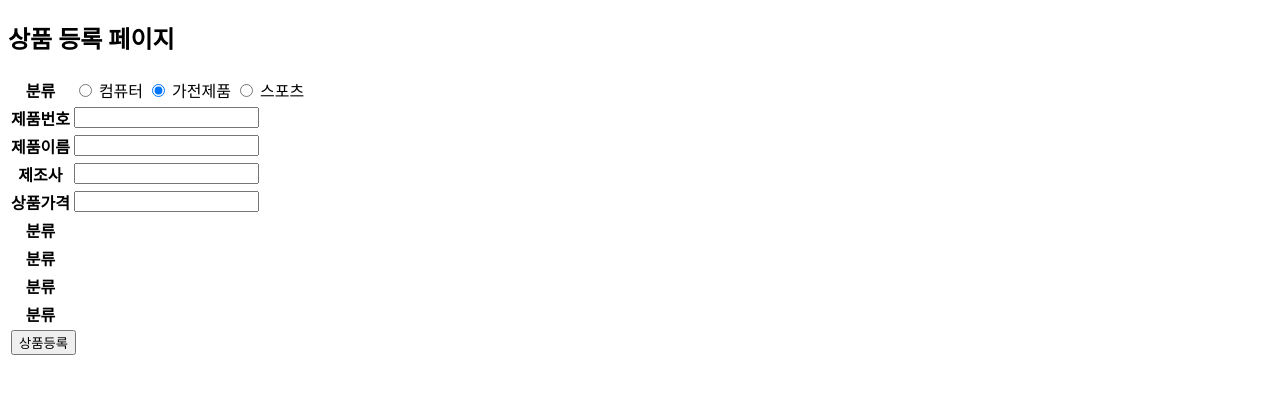
Repository: xlz5000/ICT
Page: http://localhost/spring_mvc02/WEB-INF/views/day08/product_add.jsp
These files come from the project's save history. The page is drawn as it stood at one moment and after the next save; the edit follows.
The browser window is 1280 px wide. The pictures show the whole page.
The page is served by Tomcat 9. Nobody is signed in. The template is opened directly, without the code that normally fills it, so the values that code supplies are empty.

Above is the page before, as saved 2025-04-18 02:14:56.

After the next save:
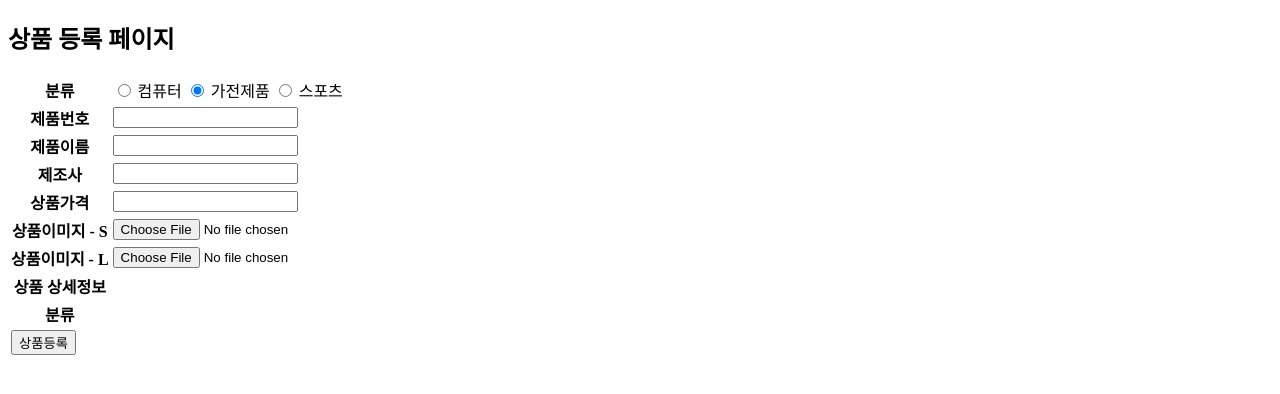
Saved 4 min 0 s later.
--- a/spring_mvc02/src/main/webapp/WEB-INF/views/day08/product_add.jsp
+++ b/spring_mvc02/src/main/webapp/WEB-INF/views/day08/product_add.jsp
@@ -38,15 +38,15 @@
 						<td><input type="text" name="p_price" required></td>
 					</tr>
 					<tr>
-						<th>분류</th>
-						<td></td>
+						<th>상품이미지 - S</th>
+						<td><input type="file" name="file_s" required></td>
 					</tr>
 					<tr>
-						<th>분류</th>
-						<td></td>
+						<th>상품이미지 - L</th>
+						<td><input type="file" name="file_l" required></td>
 					</tr>
 					<tr>
-						<th>분류</th>
+						<th>상품 상세정보</th>
 						<td></td>
 					</tr>
 					<tr>
